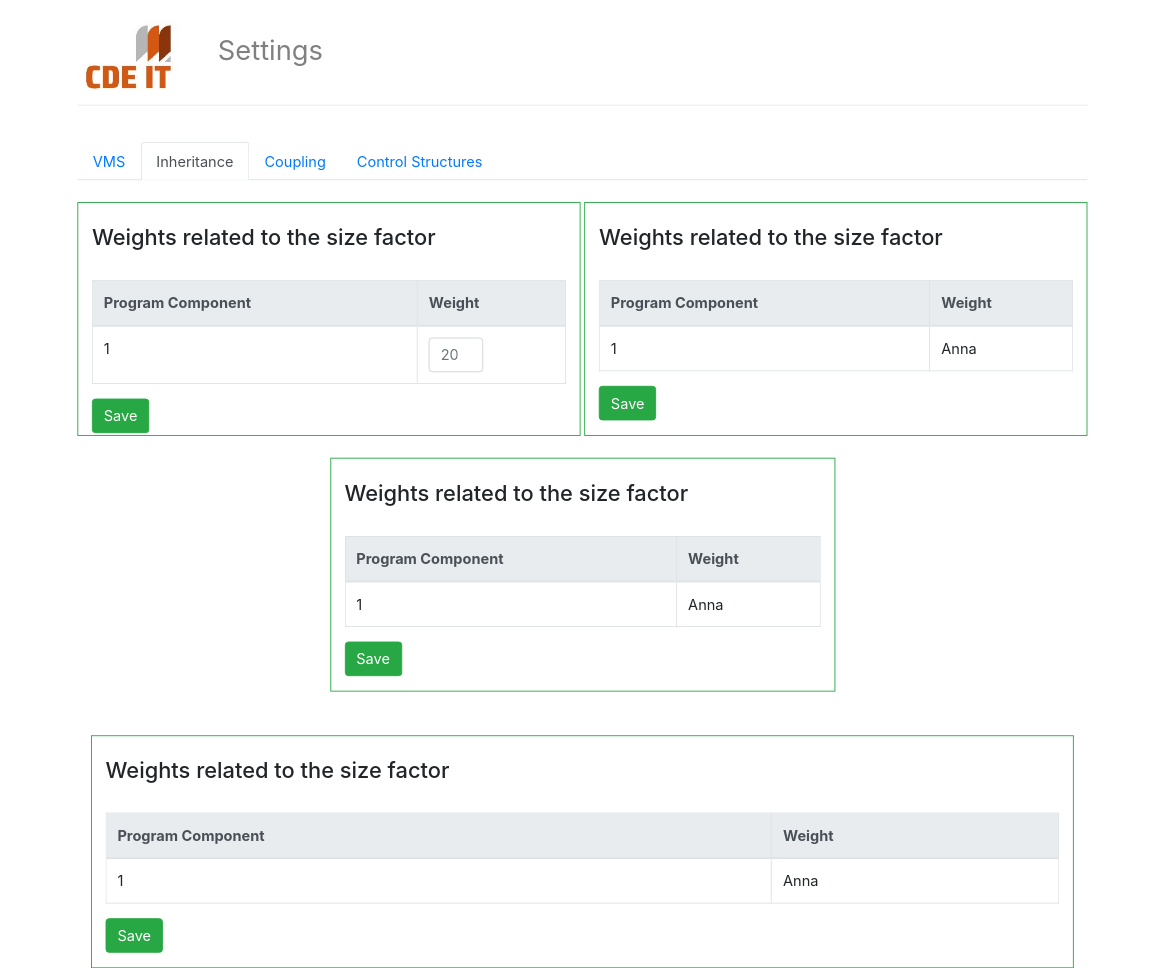
Repository: JudeAshan98/ITPM
Page: CDE_IT/WebContent/views/settings.html
The author's editor kept a copy of each file at every save. The page is drawn from the files as they stood at one save, then again after the next save.
The browser window is 1280 px wide. The pictures show the whole page, at 91% of full size.

Above is the page before, as saved 2020-03-01 16:54:06.

### CDE_IT/WebContent/views/settings.html
<!DOCTYPE html>
<html lang="en">
<head>
<title>Bootstrap Example</title>
<meta charset="utf-8">
<meta name="viewport" content="width=device-width, initial-scale=1">
<link rel="stylesheet"
	href="https://maxcdn.bootstrapcdn.com/bootstrap/4.4.1/css/bootstrap.min.css">
<script
	src="https://ajax.googleapis.com/ajax/libs/jquery/3.4.1/jquery.min.js"></script>
<script
	src="https://cdnjs.cloudflare.com/ajax/libs/popper.js/1.16.0/umd/popper.min.js"></script>
<script
	src="https://maxcdn.bootstrapcdn.com/bootstrap/4.4.1/js/bootstrap.min.js"></script>
</head>
<body>
	<br>

	<div class="container">
		<div>
			<img src="../img/logoe.png" style="max-height: 75px">
			<text style="font-size:30px; color:gray ; margin-left:30px;">
			Settings<text>
			<hr />
		</div>
		<br>

		<!-- Nav tabs -->
		<ul class="nav nav-tabs" role="tablist">
			<li class="nav-item"><a class="nav-link" data-toggle="tab"
				href="#vms">VMS</a></li>
			<li class="nav-item"><a class="nav-link active"
				data-toggle="tab" href="#inheritance">Inheritance</a></li>
			<li class="nav-item"><a class="nav-link" data-toggle="tab"
				href="#Coupling">Coupling</a></li>
			<li class="nav-item"><a class="nav-link" data-toggle="tab"
				href="#Control">Control Structures</a></li>
		</ul>

		<!-- Tab panes -->
		<div class="tab-content">
			<div id="vms" class="container tab-pane active">
				<br>
				<div class="row">
					<div class="col-sm border border-success">
						<br>
						<h4>Weights related to the size factor</h4>
						<div class="table-responsive">
							<br>
							<table class="table table-bordered">
								<thead class="thead-light">
									<tr>
										<th>Program Component</th>
										<th>Weight</th>
									</tr>
								</thead>
								<tbody>
									<tr>
										<td>1</td>
										<td><input type="number" class="form-control" placeholder="2016" style="width:60px"></td>
									</tr>
								</tbody>
							</table>
						</div>
						<button type="button" class="btn btn-success">Save</button>
					</div>
					&nbsp
					<div class="col-sm border border-success">
						<br>
						<h4>Weights related to the size factor</h4>
						<div class="table-responsive">
							<br>
							<table class="table table-bordered">
								<thead class="thead-light">
									<tr>
										<th>Program Component</th>
										<th>Weight</th>
									</tr>
								</thead>
								<tbody>
									<tr>
										<td>1</td>
										<td>Anna</td>
									</tr>
								</tbody>
							</table>
						</div>
						<button type="button" class="btn btn-success">Save</button>
						<p></p>
					</div>
				</div>
				<br>
				<div class="row justify-content-md-center">
					<div class="col-md-6 border border-success">
						<br>
						<h4>Weights related to the size factor</h4>
						<div class="table-responsive">
							<br>
							<table class="table table-bordered">
								<thead class="thead-light">
									<tr>
										<th>Program Component</th>
										<th>Weight</th>
									</tr>
								</thead>
								<tbody>
									<tr>
										<td>1</td>
										<td>Anna</td>
									</tr>
								</tbody>
							</table>
						</div>
						<button type="button" class="btn btn-success">Save</button>
						<p></p>
					</div>
				</div>
				<br>
			</div>
			<div id="inheritance" class="container tab-pane active">
				<br>
				<div class="col-sm border border-success">
					<br>
					<h4>Weights related to the size factor</h4>
					<div class="table-responsive">
						<br>
						<table class="table table-bordered">
							<thead class="thead-light">
								<tr>
									<th>Program Component</th>
									<th>Weight</th>
								</tr>
							</thead>
							<tbody>
								<tr>
									<td>1</td>
									<td>Anna</td>
								</tr>
							</tbody>
						</table>
					</div>
					<button type="button" class="btn btn-success">Save</button>
					<p></p>
				</div>
			</div>
			<div id="Coupling" class="container tab-pane fade">
				<br>
				<div class="col-sm border border-success">
					<br>
					<h4>Weights related to the size factor</h4>
					<div class="table-responsive">
						<br>
						<table class="table table-bordered">
							<thead class="thead-light">
								<tr>
									<th>Program Component</th>
									<th>Weight</th>
								</tr>
							</thead>
							<tbody>
								<tr>
									<td>1</td>
									<td>Anna</td>
								</tr>
							</tbody>
						</table>
					</div>
					<button type="button" class="btn btn-success">Save</button>
					<p></p>
				</div>
			</div>
			<div id="Control" class="container tab-pane fade">
				<br>
				<div class="col-sm border border-success">
					<br>
					<h4>Weights related to the size factor</h4>
					<div class="table-responsive">
						<br>
						<table class="table table-bordered">
							<thead class="thead-light">
								<tr>
									<th>Program Component</th>
									<th>Weight</th>
								</tr>
							</thead>
							<tbody>
								<tr>
									<td>1</td>
									<td>Anna</td>
								</tr>
							</tbody>
						</table>
					</div>
					<button type="button" class="btn btn-success">Save</button>
					<p></p>
				</div>
			</div>
		</div>

	</div>
</body>
</html>

After the next save:
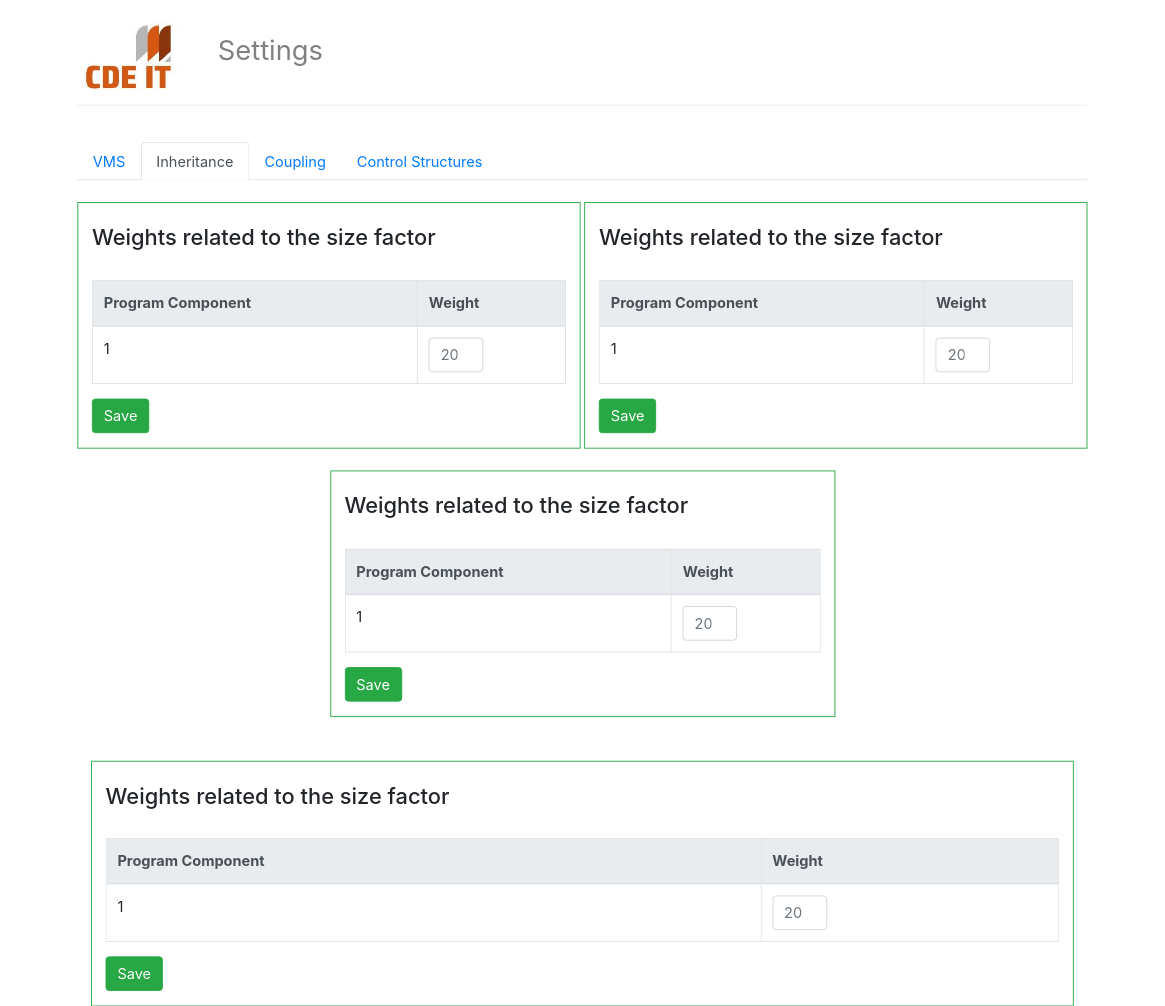
Saved 45 s later.
--- a/CDE_IT/WebContent/views/settings.html
+++ b/CDE_IT/WebContent/views/settings.html
@@ -80,7 +80,7 @@
 								<tbody>
 									<tr>
 										<td>1</td>
-										<td>Anna</td>
+										<td><input type="number" class="form-control" placeholder="2016" style="width:60px"></td>
 									</tr>
 								</tbody>
 							</table>
@@ -106,7 +106,7 @@
 								<tbody>
 									<tr>
 										<td>1</td>
-										<td>Anna</td>
+										<td><input type="number" class="form-control" placeholder="2016" style="width:60px"></td>
 									</tr>
 								</tbody>
 							</table>
@@ -134,7 +134,7 @@
 							<tbody>
 								<tr>
 									<td>1</td>
-									<td>Anna</td>
+									<td><input type="number" class="form-control" placeholder="2016" style="width:60px"></td>
 								</tr>
 							</tbody>
 						</table>
@@ -160,7 +160,7 @@
 							<tbody>
 								<tr>
 									<td>1</td>
-									<td>Anna</td>
+									<td><input type="number" class="form-control" placeholder="2016" style="width:60px"></td>
 								</tr>
 							</tbody>
 						</table>
@@ -186,7 +186,7 @@
 							<tbody>
 								<tr>
 									<td>1</td>
-									<td>Anna</td>
+									<td><input type="number" class="form-control" placeholder="2016" style="width:60px"></td>
 								</tr>
 							</tbody>
 						</table>
